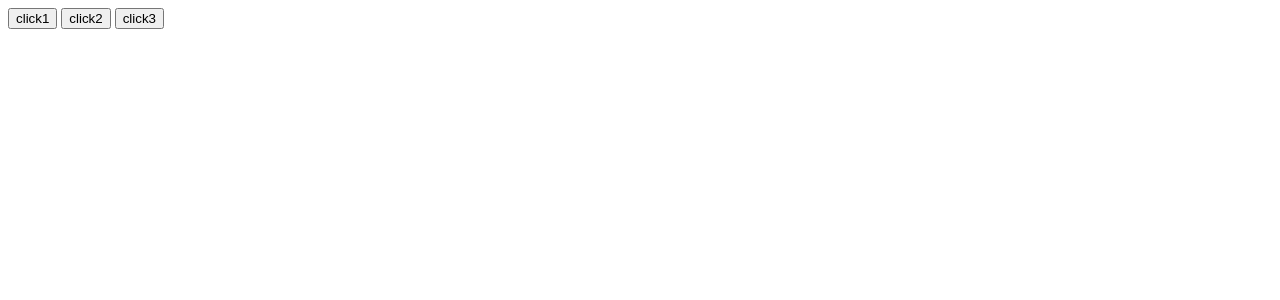
Repository: Jeong43/WebStudy
Page: JsonApp/WebContent/JsonTest03.html
An editor plug-in stored every save of this project. The page is shown before and after the next save, followed by the edit.
The browser window is 1280 px wide. The pictures show the whole page.

Above is the page before, as saved 2021-12-09 00:16:35.

### JsonApp/WebContent/JsonTest03.html
<!DOCTYPE html>
<html>
<head>
<meta charset="UTF-8">
<title>JsonTest03.html</title>
<script type="text/javascript">

	var myJsonObject3 =
	{
		"test1" : "hello1"
		, "test2" : "hello2"
		, "test3" : "hello3"
	}
</script>

</head>
<body>

<form action="">
	<input type="button" value="click1" onclick="alert(myJsonObject3.test1)" />
	<input type="button" value="click2" onclick="alert(myJsonObject3.test2)" />
	<input type="button" value="click3" onclick="alert(myJsonObject3.test3)" />
</form>


</body>
</html>

After the next save:
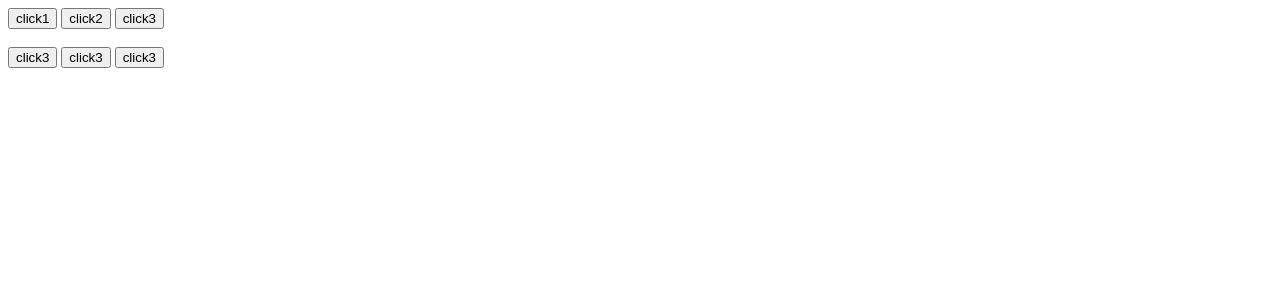
Saved 115 s later.
--- a/JsonApp/WebContent/JsonTest03.html
+++ b/JsonApp/WebContent/JsonTest03.html
@@ -18,8 +18,25 @@
 
 <form action="">
 	<input type="button" value="click1" onclick="alert(myJsonObject3.test1)" />
+	<!-- → hello1 -->
+
 	<input type="button" value="click2" onclick="alert(myJsonObject3.test2)" />
+	<!-- → hello1 -->
+
 	<input type="button" value="click3" onclick="alert(myJsonObject3.test3)" />
+	<!-- → hello1 -->
+
+	<br><br>
+
+	<input type="button" value="click3" onclick="alert(typeof myJsonObject3.test1)" />
+
+
+	<input type="button" value="click3" onclick="alert(typeof myJsonObject3.test2)" />
+
+
+	<input type="button" value="click3" onclick="alert(typeof myJsonObject3.test3)" />
+
+
 </form>
 
 
